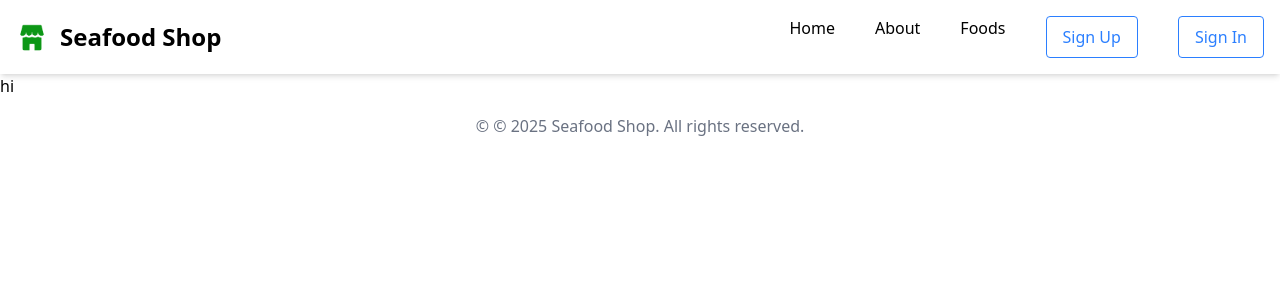
Repository: KongRucifer/SeaFood-Shop
Page: /
The author's editor kept a copy of each file at every save. The page is drawn from the files as they stood at one save, then again after the next save.
The browser window is 1280 px wide. The pictures show the whole page.
The project was rebuilt for these pictures with package versions that can differ from the ones it lists, and the page was loaded fresh each time. The framework's server and built-in components were replaced by stand-ins that run in the browser. Also part of the build but not shown: next.config.ts.

Above is the page before, as saved 2025-06-24 21:04:24.

### src/app/layout.tsx
import type { Metadata } from "next";
import { Geist, Geist_Mono } from "next/font/google";
import "./globals.css";
import Navbar from "@/components/Navbar";
import Footer from "@/components/Footer";
 const geistSans = Geist({
  variable: "--font-geist-sans",
  subsets: ["latin"],
});

const geistMono = Geist_Mono({
  variable: "--font-geist-mono",
  subsets: ["latin"],
});

export const metadata: Metadata = {
  title: "ຮ້ານຂາຍອາຫານທະເລ - ໜ້າທຳອິດ | Seafood Shop",
  description:
    "ຮ້ານຂາຍອາຫານທະເລອອນໄລ ໜ້າທຳອິດ ລວມອາຫານທະເລຫຼາກຫຼາຍ ເຊັ່ນ ປາ, ປູ, ກຸ້ງ ແລະ ອາຫານທະເລອື່ນໆ ສາມາດສັ່ງເຊົ້າ ແລະ ສັ່ງເຂົ້າໃນເວັບໄຊ ສາມາດເຮັດ ການໂອນເງິນ",
  keywords:
    "ອາຫານທະເລ ອອນໄລ, ຮ້ານຂາຍອາຫານທະເລ, ສັ່ງອາຫານທະເລ, ອາຫານທະເລສົ່ງໄວ",
  authors: [{ name: "kong mong thao" }],
  publisher: "Super Shop SeaFood",
  robots: {
    index: true,
    follow: true,
  },
  openGraph: {
    title: "ຮ້ານຂາຍອາຫານທະເລ - ໜ້າທຳອິດ | Seafood Shop",
    description:
      "ສັ່ງຊື້ອາຫານທະເລ ລາຄາຖືກ ສົ່ງໄວ ທັນໃຈ ມີບໍລິການໂອນເງີນ ປາຍທາງ",
    url: "http://localhost:3000/images/fish.jpeg",
    siteName: "Seafood Shop",
    locale: "th_TH",
    type: "website",
    images: [
      {
        url: "http://localhost:3000/images/myshopSeafood.jpeg",
        width: 1200,
        height: 630,
        alt: "Food Shop Image",
      },
    ],
  },
  twitter: {
    card: "summary_large_image",
    title: "ຮ້ານຂາຍອາຫານທະເລ - ໜ້າທຳອິດ | Seafood Shop",
    description:
      "ສັ່ງຊື້ອາຫານທະເລ ລາຄາຖືກ ສົ່ງໄວ ທັນໃຈ ມີບໍລິການໂອນເງີນ ປາຍທາງ",
    images: ["http://localhost:3000/images/seafood2.jpeg"],
  },
  alternates: {
    canonical: "https://yourdomain.com/",
  },
  // viewport: 'width=device-width, initial-scale=1',
}
export const viewport = {
  width: 'device-width',
  initialScale: 1,
};
export default function RootLayout({
  children,
}: Readonly<{
  children: React.ReactNode;
}>) {
  return (
    <html lang="en">
      <body
        className={`${geistSans.variable} ${geistMono.variable} antialiased`}
      >
        <Navbar />

        {children}

        <Footer />
      </body>
    </html>
  );
}

### src/app/page.tsx
// ✅ app/page.tsx
import React from 'react'
// import Home from './views/Home'

export default async function FoodPage() {

  return (
    <div>
       {/* <Home/> */}
       hi
    </div>
  )
}
// export default async function Home() {
//   const res = await fetch('https://jsonplaceholder.typicode.com/posts?_limit=5')
//   const posts = await res.json()

//   return (
//     <div>
//       <h1>Posts</h1>
//       <ul>
//         {posts.map((post: any) => (
//           <li key={post.id}>{post.title}</li>
//         ))}
//       </ul>
//     </div>
//   )
// }

### src/app/globals.css
 @import "tailwindcss";
/*
:root {
  --background: #ffffff;
  --foreground: #171717;
}

@theme inline {
  --color-background: var(--background);
  --color-foreground: var(--foreground);
  --font-sans: var(--font-geist-sans);
  --font-mono: var(--font-geist-mono);
}

@media (prefers-color-scheme: dark) {
  :root {
    --background: #0a0a0a;
    --foreground: #ededed;
  }
}

body {
  background: var(--background);
  color: var(--foreground);
  font-family: Arial, Helvetica, sans-serif;
} */

### src/components/Navbar.tsx
import Link from "next/link";
export default function Navbar() {
  return (
    <nav className="bg-white border-gray-200 dark:bg-gray-900 shadow-md">
      <div className="max-w-screen-xl flex flex-wrap items-center justify-between mx-auto p-4">
        <a href="/" className="flex items-center">
          <img
            src="images/lets-icons_shop.png"
            className="h-8 mr-3"
            alt="Seafood Shop Logo"
          />
          <span className="self-center text-2xl font-semibold whitespace-nowrap dark:text-white">
            Seafood Shop
          </span>
        </a>
        <div className="flex justify-center md:order-2 gap-10">
          <Link href="/">Home</Link>
          <Link href="/">About</Link>
          <Link href="/">Foods</Link>
          <Link href="/" className="border border-blue-500 text-blue-500 px-4 py-2 rounded hover:bg-blue-50 transition">
            Sign Up
          </Link>
          <Link href="/" className="border border-blue-500 text-blue-500 px-4 py-2 rounded hover:bg-blue-50 transition">
            Sign In
          </Link>
        </div>
      </div>
    </nav>
  );
}

### src/components/Footer.tsx
export default function Footer() {
  return (
    <footer className="bg-white dark:bg-gray-900">
      <div className="max-w-screen-xl mx-auto p-4">
        <div className="text-center text-gray-500 dark:text-gray-400">
          © © {new Date().getFullYear()} Seafood Shop. All rights reserved.
        </div>
      </div>
    </footer>
  ); }

After the next save:
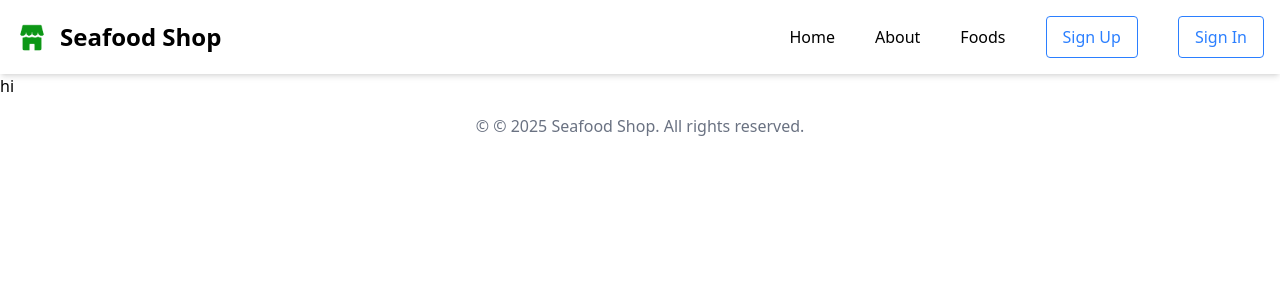
Saved 19 s later.
--- a/src/components/Navbar.tsx
+++ b/src/components/Navbar.tsx
@@ -13,7 +13,7 @@ export default function Navbar() {
             Seafood Shop
           </span>
         </a>
-        <div className="flex justify-center md:order-2 gap-10">
+        <div className="flex justify-center items-center md:order-2 gap-10">
           <Link href="/">Home</Link>
           <Link href="/">About</Link>
           <Link href="/">Foods</Link>
